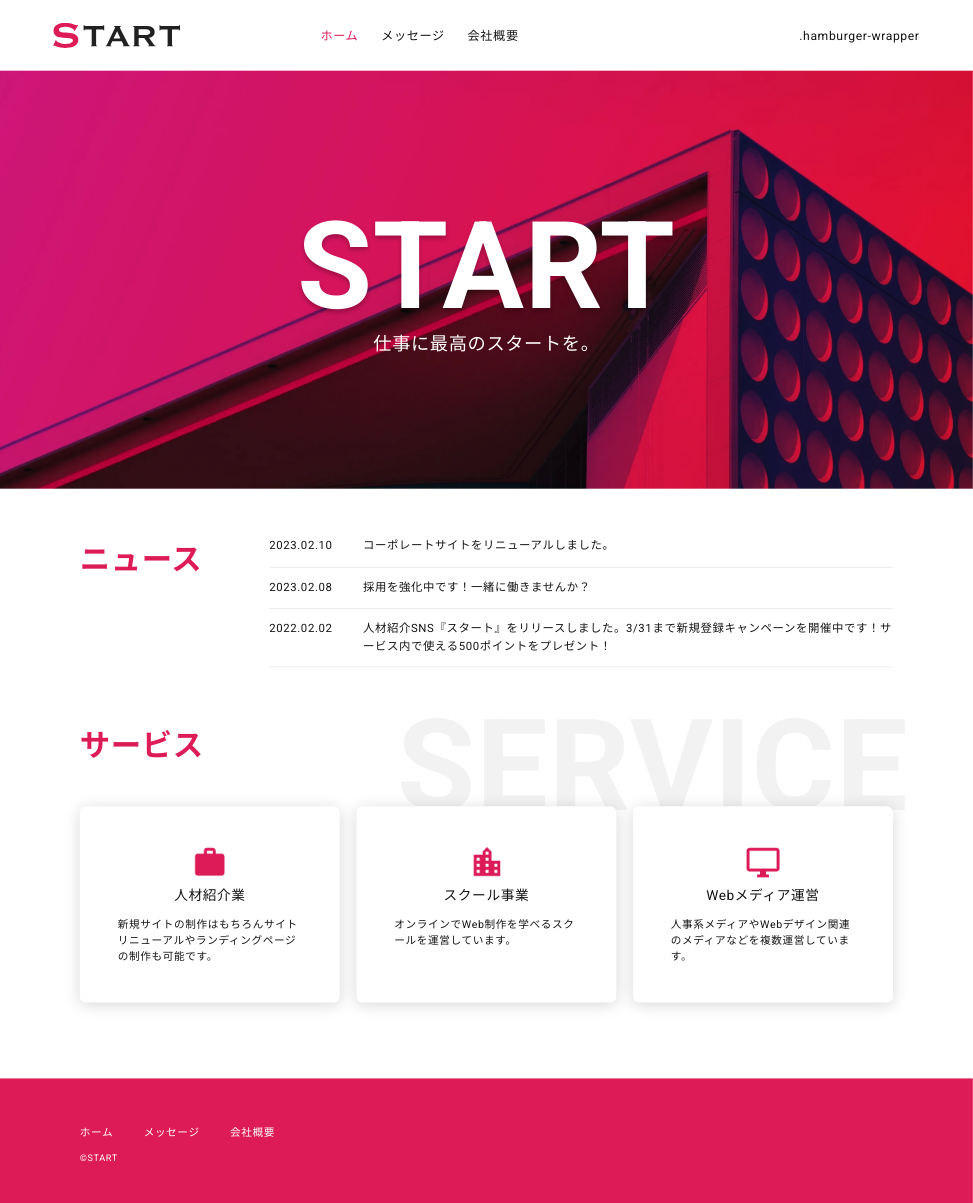
Repository: tetishi/tetishi.github.io
Page: index.html
The author's editor kept a copy of each file at every save. The page is drawn from the files as they stood at one save, then again after a run of saves.
The browser window is 1280 px wide. The pictures show the whole page, at 76% of full size.

Above is the page before, as saved 2023-07-17 16:39:07.

After the next 4 saves:
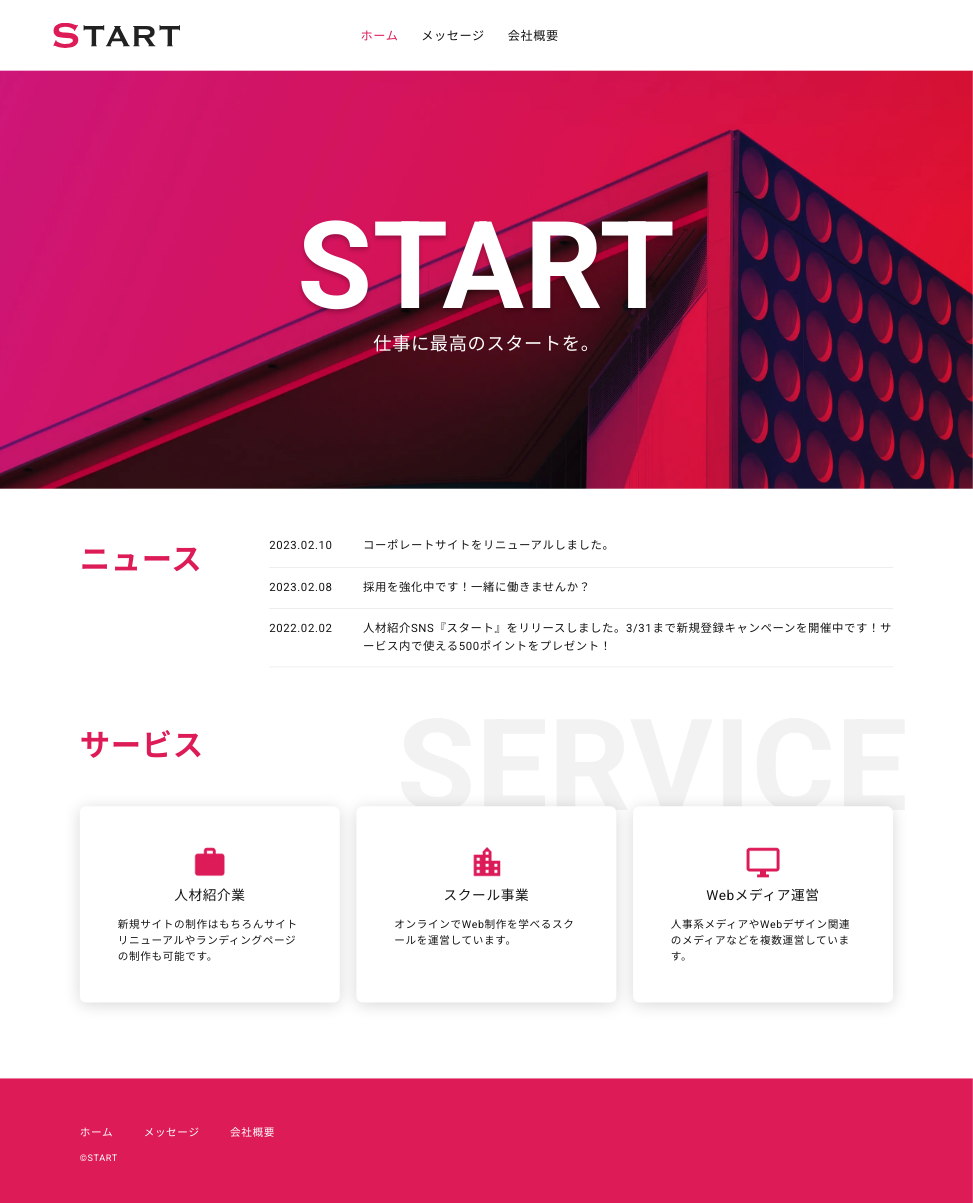
The 4 saves are shown as one change because they came seconds apart.
The last was saved 10 s later.
--- a/index.html
+++ b/index.html
@@ -36,7 +36,9 @@
                 </ul>
             </nav>
             <div class="overlay"></div>
-            .hamburger-wrapper
+            <div class="hamburger-menu">
+
+            </div>
             <button class="hamburger-btn">
                 <span class="bar bar_top"></span>
                 <span class="bar bar_mid"></span>
